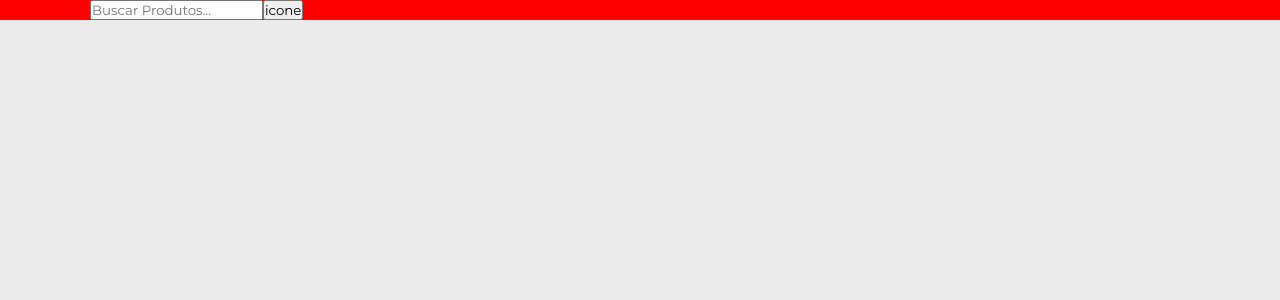
Repository: Gab23Oli/Projeto-de-Conclus-o---Shopping-Cart
Page: /
An editor plug-in stored every save of this project. The page is shown before and after a run of saves, followed by the edit.
The browser window is 1280 px wide. The pictures show the whole page.
The project was rebuilt for these pictures with package versions that can differ from the ones it lists, and the page was loaded fresh each time.

Above is the page before, as saved 2024-01-25 12:49:35.

After the next 2 saves:
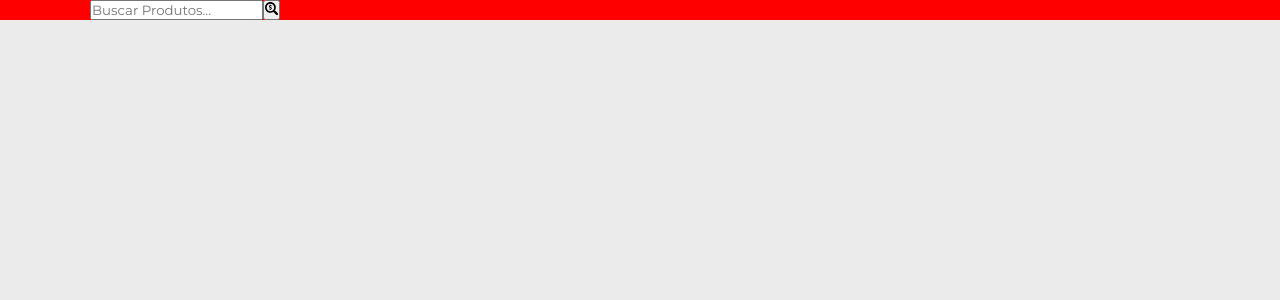
The 2 saves are shown as one change because 1 did not build or start.
The last was saved 4 min 4 s later.
--- a/src/components/Header/SearchBar/SearchBar.jsx
+++ b/src/components/Header/SearchBar/SearchBar.jsx
@@ -1,11 +1,12 @@
 import React from "react";
+import { FaSearchDollar } from "react-icons/fa";
 
 function SearchBar() {
   return (
     <form>
       <input type="search" placeholder="Buscar Produtos..." className="search__input" required/>
       <button type="submit" className="search__button" >
-        icone
+        <FaSearchDollar />
       </button>
     </form>
   );

After the save that followed:
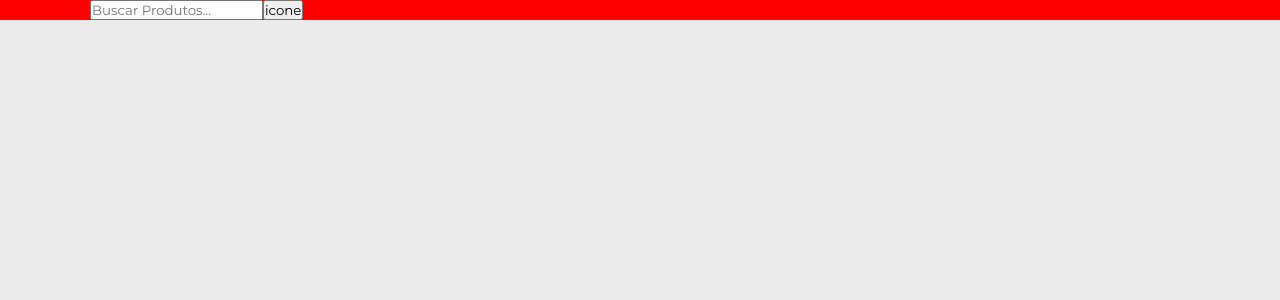
Saved 64 s later.
--- a/src/components/Header/SearchBar/SearchBar.jsx
+++ b/src/components/Header/SearchBar/SearchBar.jsx
@@ -1,12 +1,12 @@
 import React from "react";
-import { FaSearchDollar } from "react-icons/fa";
+
 
 function SearchBar() {
   return (
     <form>
       <input type="search" placeholder="Buscar Produtos..." className="search__input" required/>
       <button type="submit" className="search__button" >
-        <FaSearchDollar />
+        icone
       </button>
     </form>
   );
